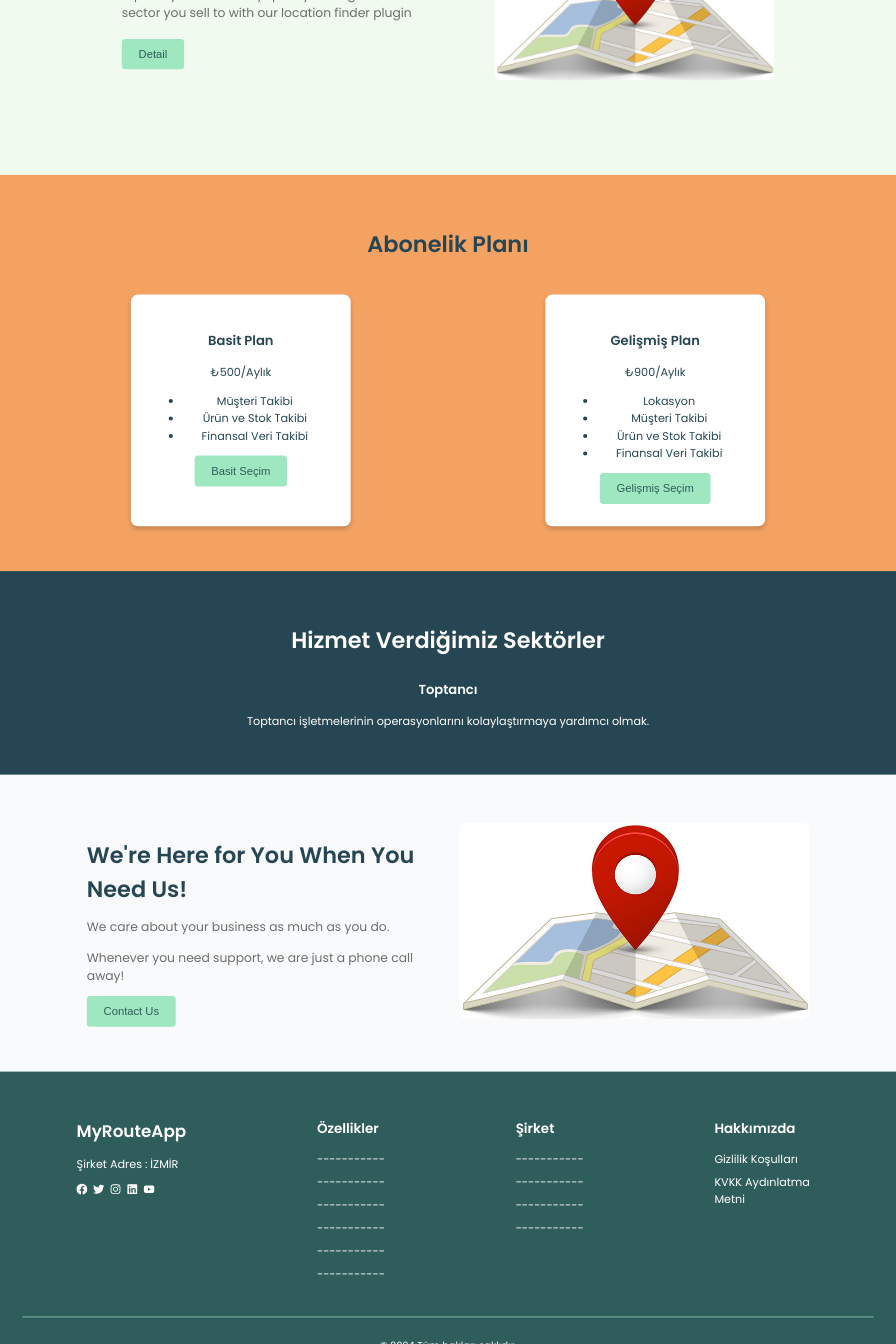
Repository: senolinanyasar/myrouteapplication
Page: /
These files come from the project's save history. The page is drawn as it stood at one moment and after the next save; the edit follows.
The browser window is 1280 px wide. The pictures show the part of the page from y = 1927 to 3847 px (the page is 3923 px tall before and 3475 px after), at 70% of full size.
The project was rebuilt for these pictures with package versions that can differ from the ones it lists, and the page was loaded fresh each time. Also part of the build but not shown: vite.config.js.

Above is the page before, as saved 2024-11-14 20:40:20.

After the next save:
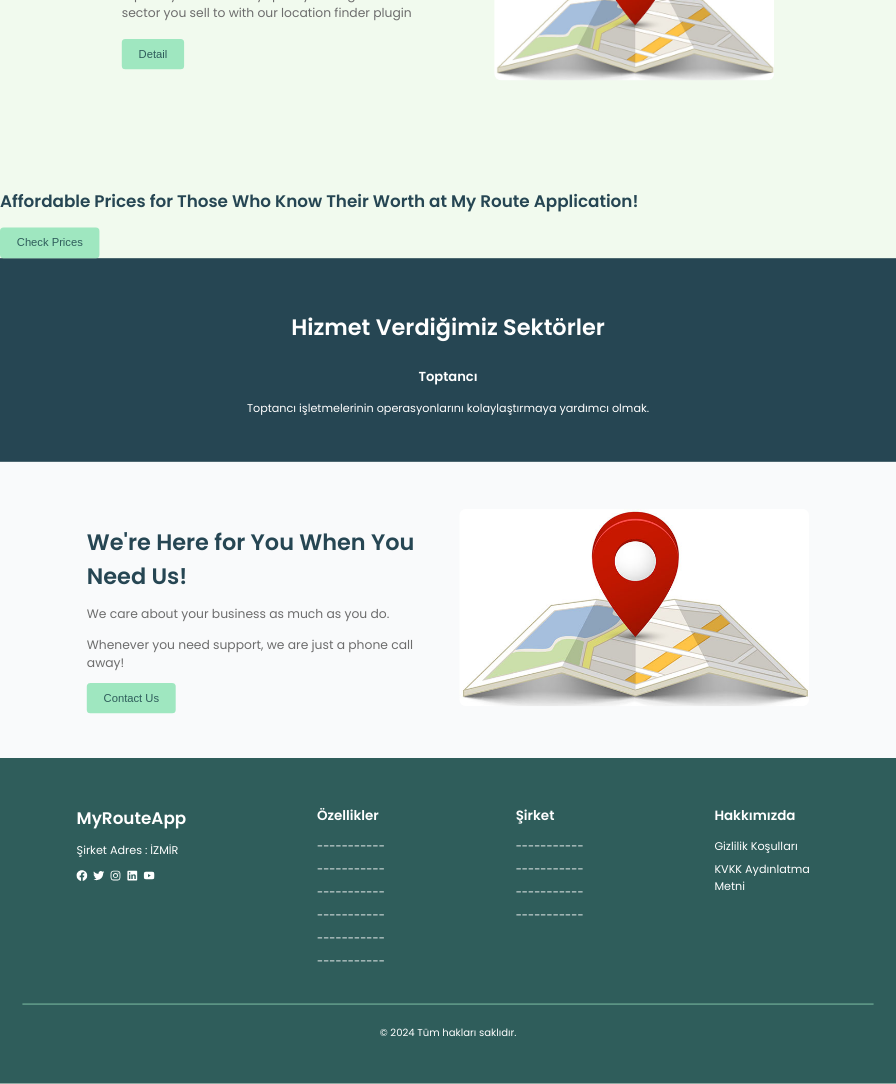
Saved 3 min 54 s later.
--- a/src/components/PricingSection.js
+++ b/src/components/PricingSection.js
@@ -4,30 +4,10 @@ import './PricingSection.css';
 
 const PricingSection = () => {
     return (
-        <section className="pricing">
-        <h2>Abonelik Planı</h2>
-        <div className="pricing-cards">
-          <div className="pricing-card">
-            <h3>Basit Plan</h3>
-            <p>₺500/Aylık</p>
-            <ul>
-              <li>Müşteri Takibi</li>
-              <li>Ürün ve Stok Takibi</li>
-              <li>Finansal Veri Takibi</li>
-            </ul>
-            <button className="cta-button">Basit Seçim</button>
-          </div>
-          <div className="pricing-card">
-            <h3>Gelişmiş Plan</h3>
-            <p>₺900/Aylık</p>
-            <ul>
-              <li>Lokasyon</li>
-              <li>Müşteri Takibi</li>
-              <li>Ürün ve Stok Takibi</li>
-              <li>Finansal Veri Takibi</li>
-            </ul>
-            <button className="cta-button">Gelişmiş Seçim</button>
-          </div>
+        <section className="pricin-section">
+          <div className="price-content">
+          <h2>Affordable Prices for Those Who Know Their Worth at My Route Application!</h2>
+          <button className="cta-button">Check Prices</button>
           </div>
       </section>
     );
